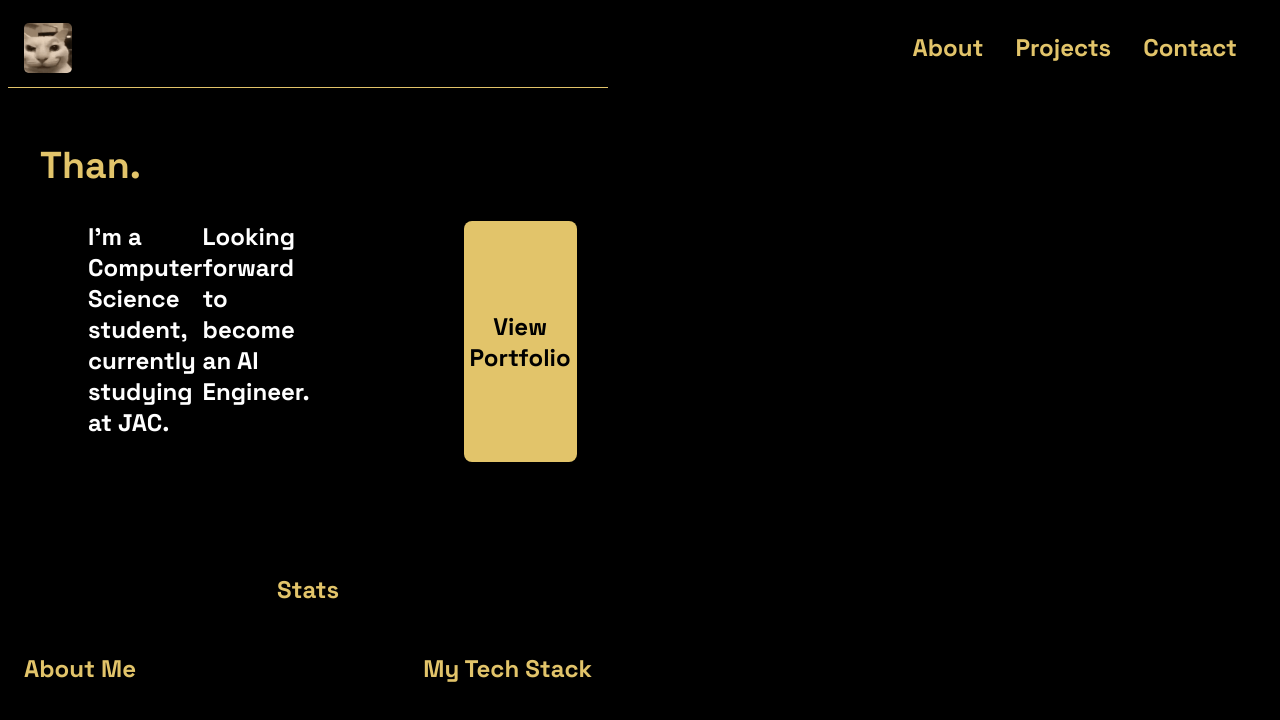
Repository: Than-dot/Than-dot
Page: index.html
An editor plug-in stored every save of this project. The page is shown before and after the next save, followed by the edit.
The browser window is 1280 px wide. The pictures show the whole page.

Above is the page before, as saved 2026-05-06 12:47:45.

### index.html
<!doctype html>
<html lang="en">
  <head>
    <meta charset="UTF-8" />
    <meta name="viewport" content="width=device-width, initial-scale=1.0" />
    <title>Than</title>
    <link rel="stylesheet" href="styles/global.css" />
    <link rel="stylesheet" href="styles/index.css" />
  </head>

  <body>
    <header>
      <nav>
        <img src="./assets/images/uncanny-cat-freaky.png" alt="cat" />
        <ul class="nav-center">
          <li>About</li>
          <li>Projects</li>
          <li>Contact</li>
        </ul>
      </nav>
    </header>
    <main>
      <section class="container1">
        <article class="f-art"><h1>Than.</h1></article>
        <aside class="f-asi">
          <p>I'm a Computer Science student, currently studying at JAC.</p>
          <p>Looking forward to become an AI Engineer.</p>
          <button>View Portfolio</button>
        </aside>
        <article class="stats">Stats</article>
      </section>
    </main>
    <section class="container2">
      <aside class="s-asi">About Me</aside>
      <article class="s-art">My Tech Stack</article>
    </section>
  </body>
</html>

### styles/global.css
@font-face {
  font-family: Space-Grotesk;
  src: url(/assets/font/Space_Grotesk/SpaceGrotesk-VariableFont_wght.ttf);
}

body {
  font-family: Space-Grotesk, sans-serif;
  font-weight: bold;
  font-size: 1.5rem;
}

button {
  font-family: Space-Grotesk, sans-serif;
  font-weight: bold;
  font-size: 1.5rem;
}

.f-art {
  font-size: 2rem;
}

### styles/index.css
body {
  width: 100%;
  max-width: 600px;
  background-color: black;
  color: #e2c46a;
}
.container1 {
  display: flex;
  flex-direction: column;
}

.f-art {
  margin: 2rem;
  margin-top: 1rem;
}

.f-asi {
  display: grid;
  margin-top: 0;
  justify-content: space-between;
}

p {
  margin: 0;
  margin-bottom: 1.5rem;
  color: white;
}

.stats {
  text-align: center;
  margin: 2rem;
}

.s-art {
}

.s-asi {
}

.container2 {
  display: flex;
  flex-direction: row;
  justify-content: space-between;
  margin: 1rem;
}

button {
  border-radius: 8px;
  border: none;
  max-width: 10rem;
  margin-left: 35%;
  background-color: #e2c46a;
  place-items: center;
}

img {
  height: 50px;
  width: auto;
  margin-left: 1rem;
  border-radius: 10%;
}

.nav-center {
  display: flex;
  gap: 32px;
  list-style: none;
  margin-left: 10rem;
}

nav {
  align-items: center;
  display: flex;
  border-bottom: 1px solid #e2c46a;
}

h1 {
  margin-bottom: 0;
}

@media screen and (min-width: 700px) {
  body {
    width: 100%;
  }
  .nav-center {
    display: flex;
    gap: 32px;
    list-style: none;
    margin-left: 50rem;
  }
  .f-asi {
    display: grid;
    margin-top: 0;
    justify-content: space-between;
  }
  .f-asi {
    display: flex;
    margin: 5rem;
    margin-top: 0;
    justify-content: space-between;
  }
}

After the next save:
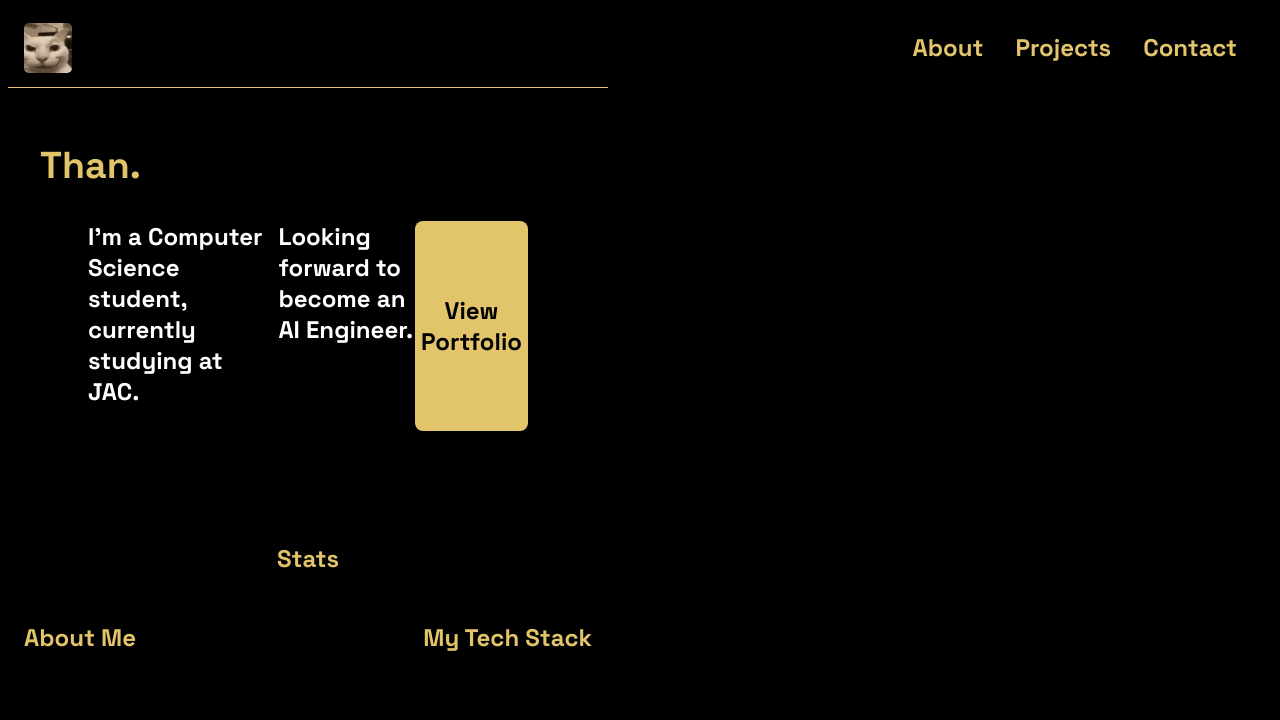
Saved 4 s later.
--- a/styles/index.css
+++ b/styles/index.css
@@ -48,7 +48,6 @@ button {
   border-radius: 8px;
   border: none;
   max-width: 10rem;
-  margin-left: 35%;
   background-color: #e2c46a;
   place-items: center;
 }

After the save that followed:
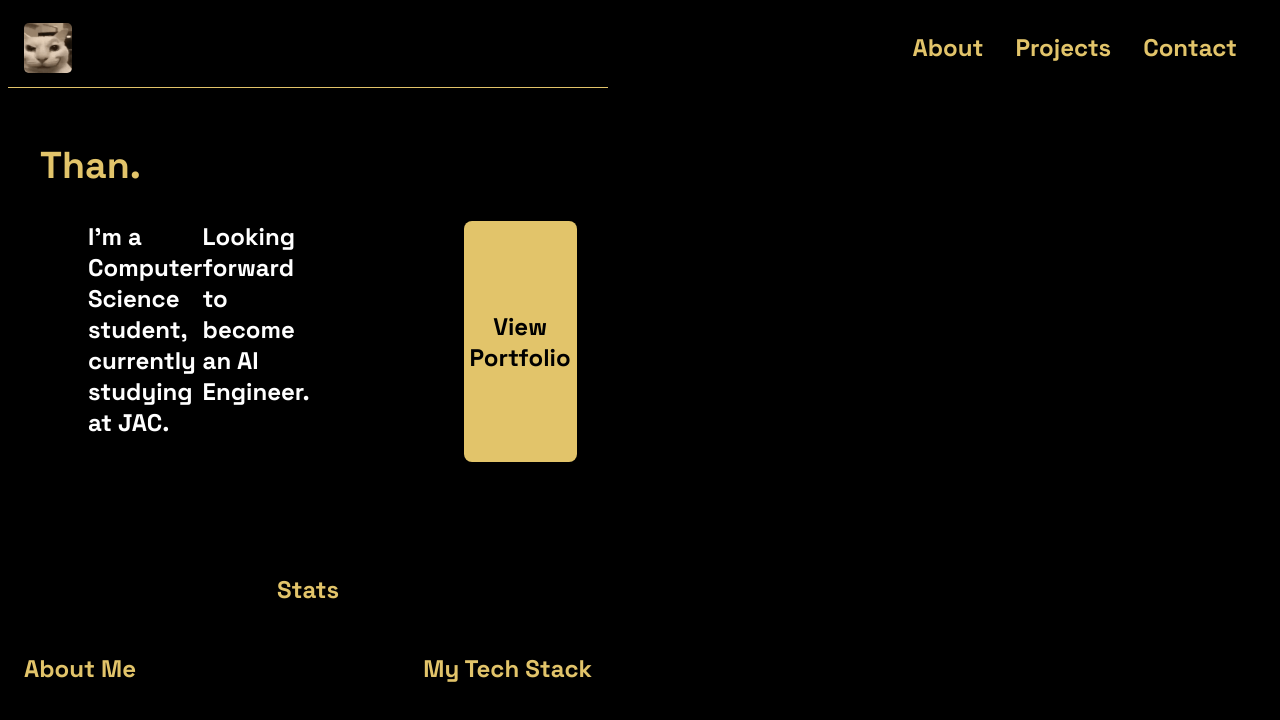
Saved 8 s later.
--- a/styles/index.css
+++ b/styles/index.css
@@ -48,8 +48,8 @@ button {
   border-radius: 8px;
   border: none;
   max-width: 10rem;
+  margin-left: 35%;
   background-color: #e2c46a;
-  place-items: center;
 }
 
 img {
